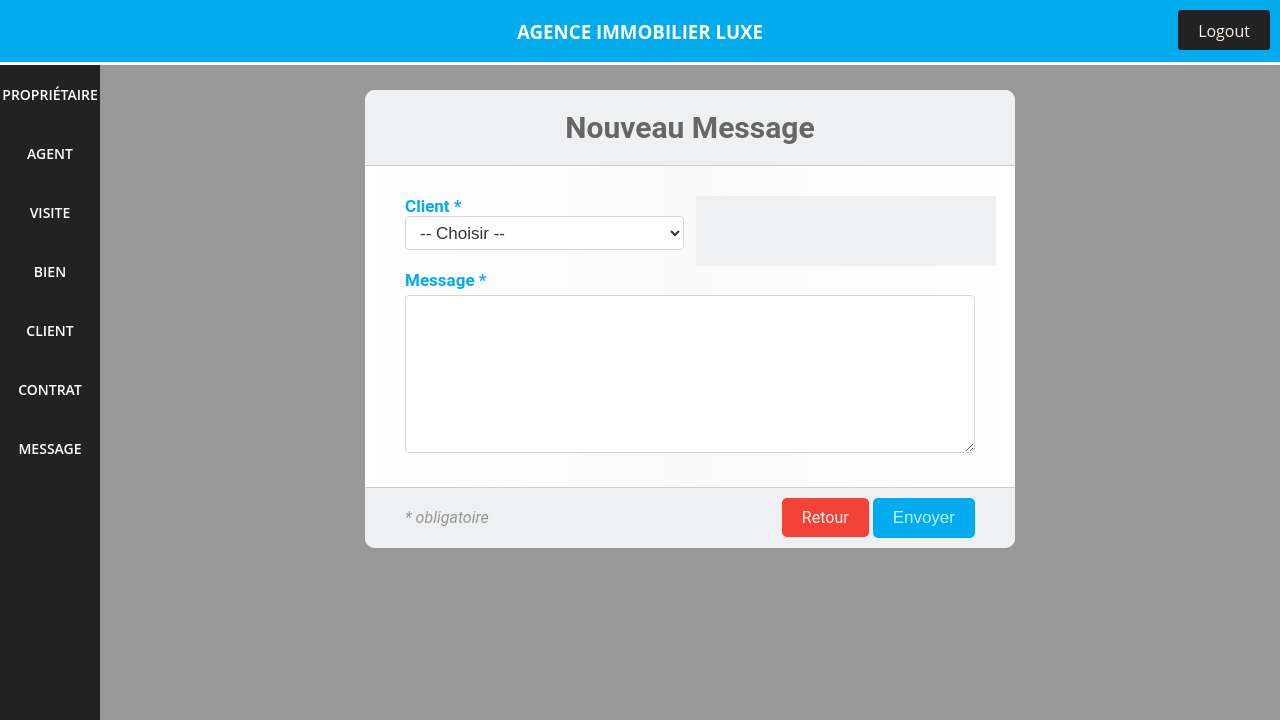
Repository: hassen-mnejja/Real_Estate_Agency_Website
Page: http://localhost/backoffice/WEB-INF/messageecrire.jsp
An editor plug-in stored every save of this project. The page is shown before and after the next save, followed by the edit.
The browser window is 1280 px wide. The pictures show the whole page.
Some icons come from a web library that is not loaded, so they are not drawn. The page is served by Tomcat 9. Nobody is signed in. Other server files are loaded and not shown. The template is opened directly, without the code that normally fills it, so the values that code supplies are empty.

Above is the page before, as saved 2020-06-24 10:48:45.

### backoffice/WebContent/WEB-INF/messageecrire.jsp
<%@ page language="java" contentType="text/html; charset=UTF-8" pageEncoding="UTF-8"%>
<%@ taglib uri="http://java.sun.com/jsp/jstl/core" prefix="c"%>
<!DOCTYPE html>
<html>
<head>
<script src="../JS/1351.js"></script>
<title>Ecrire un message</title>
<link rel="stylesheet" href="../Style/MonStyle.css">
<link rel="icon" href="../Images/icon4.ico" />
<script src="../JS/jquery-3.4.1.js"></script>
<style>
.my-form {
	width: 650px;
}

a.log {
	position: fixed;
	float: left;
	background: #222;
	border-radius: 3px 3px 3px 3px;
	height: 20px;
	top: 10px;
	right: 10px;
}
</style>
</head>
<body>

	<!-- navbar -->
	<div id="nav-placeholder"></div>

	<!-- contenu -->
	<div id="contenu">
		<form class="my-form" action="ecriremessage" method="post">

			<!-- form header -->
			<div class="form-header">
				<h1>Nouveau Message</h1>
			</div>

			<!-- form body -->
			<div class="form-body">

				<!-- Nom et Prenom -->
				<div class="horizontal-group">
					<div class="form-group left">
						<label for="nom" class="label-title">Client *</label> <select id="idclient" name="idclient" class="form-input" required="required">
							<option disabled selected value="">-- Choisir --</option>
							<c:forEach var="client" items="${clients}">
								<option value="${client.idClient}">${client.idClient} : ${client.nom} ${client.prenom}</option>
							</c:forEach>
						</select>
					</div>
					<div class="form-group right">
						<svg width="400" height="75">
 							 <rect width="300" height="70" style="fill:#EFF0F1" />
						</svg>
					</div>
				</div>
				<input type="hidden" id="temps" class="form-input" name="temps" placeholder="Numero"  />
				<!-- Adresse -->
				<div class="form-group">
					<br> <label for="adress" class="label-title">Message *</label>
					<textarea class="form-input" name="message" rows="8" cols="50" style="height: auto" required="required"></textarea>
				</div>
			</div>

			<!-- form-footer -->
			<div class="form-footer">
				<span>* obligatoire</span> <a href="home">Retour</a>
				<button type="submit" class="btn">Envoyer</button>
			</div>

		</form>

	</div>

	<!-- javascript -->
	<script>
		$(function() {
			$("#nav-placeholder").load("../navbar.html");
		});
		window.addEventListener('load', () => {
			  const now = new Date();
			  now.setMinutes(now.getMinutes() - now.getTimezoneOffset());
			  document.getElementById('temps').value = now.toISOString().slice(0, -1);
			});
	</script>
</body>
</html>

### backoffice/WebContent/Style/MonStyle.css
@charset "ISO-8859-1";
.aa:hover {
	background-color: rgba(0, 0, 0, 0);
	color: #4088a3;
}

.aa:link, .aa:visited {
	background-color: rgba(0, 0, 0, 0);
	color: #666;
	text-decoration: none;
	display: inline-block;
	border: none;
	padding: 0px 0px;
}

.nav {
	position: fixed;
	top: 60px;
	left: 0px;
	width: 100px;
	height: 100%;
	background: #222;
	z-index: 2;
}

.contenu {
	position: fixed;
	top: 60px;
	left: 100px;
	width: 100%;
	height: 100%;
	background: #999;
	z-index: 2;
}

.header {
	position: fixed;
	left: 0;
	right: 0;
	z-index: 1002;
	min-height: 60px;
	padding: 0 15px;
	background: #00acee;
	border-bottom: 3px solid white;
}

#contenu {
	position: fixed;
	top: 60px;
	left: 100px;
	width: calc(100% - 100px);
	height: 100%;
	background: #999;
	z-index: 1;
	margin-left: auto;
	margin-right: auto;
	transition: all 500ms linear;
	overflow-y: auto;
}

#contenu.active {
	left: 0px;
	width: 100%;
}

#nav {
	left: 0px;
	transition: all 500ms linear;
}

#nav.active {
	left: -100px;
}

.nav span {
	display: block;
	font-size: 14px;
	color: #fff;
	font-weight: 600;
	text-transform: uppercase;
	margin-top: 10px;
}

.fi {
	font-size: 25px;
	color: #eee;
}

.toggle {
	position: fixed;
	font-size: 25px;
	color: #222;
	top: 15px;
	left: 40px;
	cursor: pointer;
}

.nav .nav-item {
	position: relative;
	width: 100%;
	text-align: center;
}

.nav .main-item, .nav .sub-item {
	padding: 15px 0px;
	background: #222;
}

.nav .nav-item .sub-items {
	position: absolute;
	top: 0px;
	left: -300px;
	width: max-content;
	z-index: -1;
	transition: all 300ms ease-in-out;
}

.nav .sub-items .sub-item {
	float: left;
	width: 100px;
}

.nav .main-item:hover, .nav .sub-item:hover {
	background: #00acee;
	cursor: pointer;
}

.nav .nav-item:hover .sub-items {
	left: 102px;
}

#elements {
	font-family: "Trebuchet MS", Arial, Helvetica, sans-serif;
	border-collapse: collapse;
	width: 100%;
	border: 1px solid #d6d6d6;
	border-radius: 3px 3px 3px 3px;
}

#elements td, #elements th {
	border: 1px solid #ddd;
	padding: 8px;
}

#elements tr:nth-child(even) {
	background-color: white;
}

#elements tr:nth-child(odd) {
	background-color: #eff0f1;
}

#elements tr:hover {
	background-color: #ddd;
}

#elements th {
	padding-top: 12px;
	padding-bottom: 12px;
	text-align: left;
	background-color: white;
	color: gray;
}

@import url('https://fonts.googleapis.com/css?family=Roboto');

/*---------------------------------------*/
/* Register Form */
/*---------------------------------------*/
body {
	margin: 0px;
	font-family: "Open Sans", sans-serif;
}

a:link, a:visited {
	background-color: #f44336;
	color: #fff3e9;
	padding: 10px 20px;
	text-align: center;
	text-decoration: none;
	display: inline-block;
	border: none;
	border-radius: 5px;
}

a:hover, a:active {
	background-color: #fa3c39;
	color: white;
}

.my-form {
	font-family: "Roboto", sans-serif;
	background: linear-gradient(to right, #ffffff 0%, #fafafa 50%, #ffffff 99%);
	border-radius: 10px;
	margin: 30px auto;
	width: 650px;
}

/*---------------------------------------*/
/* Form Header */
/*---------------------------------------*/
.form-header {
	background-color: #EFF0F1;
	border-top-left-radius: 10px;
	border-top-right-radius: 10px;
}

.form-header h1 {
	font-size: 30px;
	text-align: center;
	color: #666;
	padding: 20px 0;
	border-bottom: 1px solid #cccccc;
}

/*---------------------------------------*/
/* Form Body */
/*---------------------------------------*/
.form-body {
	padding: 10px 40px;
	color: #666;
}

.form-group {
	margin-bottom: 20px;
}

.form-body .label-title {
	color: #00acee;
	font-size: 17px;
	font-weight: bold;
}

.form-body .form-input {
	font-size: 17px;
	box-sizing: border-box;
	width: 100%;
	height: 34px;
	padding-left: 10px;
	padding-right: 10px;
	color: #333333;
	text-align: left;
	border: 1px solid #d6d6d6;
	border-radius: 4px;
	background: white;
	outline: none;
}

.horizontal-group .left {
	float: left;
	width: 49%;
}

.horizontal-group .right {
	float: right;
	width: 49%;
}

/*---------------------------------------*/
/* Form Footer */
/*---------------------------------------*/
.my-form .form-footer {
	background-color: #EFF0F1;
	border-bottom-left-radius: 10px;
	border-bottom-right-radius: 10px;
	padding: 10px 40px;
	text-align: right;
	border-top: 1px solid #cccccc;
	clear: both;
}

.form-footer span {
	float: left;
	margin-top: 10px;
	color: #999;
	font-style: italic;
	font-weight: thin;
}

.btn {
	display: inline-block;
	padding: 10px 20px;
	background-color: #00acee;
	font-size: 17px;
	border: none;
	border-radius: 5px;
	color: #c3f4ff;
	cursor: pointer;
}

.btn:hover {
	background-color: #11addd;
	color: white;
}

a.log {
	position: fixed;
	float: left;
	background: #222;
	border-radius: 3px 3px 3px 3px;
	height: 20px;
	top: 10px;
	right: 10px;
}

.title {
	color: white;
	text-align: center;
	cursor: pointer;
}

### backoffice/WebContent/navbar.html
<script src="JS/1351.js"></script>
<header class="header black-bg">
	<i class="fas fa-bars toggle" onclick="toggle()" id="b"></i>
	<h3 class="title" onclick="window.location.href = '/backoffice/prive/home';">AGENCE IMMOBILIER LUXE</h3>
	<a class="log" href="/backoffice/logout" id="discon">Logout</a>
</header>
<div class="nav" id="nav" style="display: block">
	<div class="nav-item">
		<div class="main-item">
			<i class="fad fa-house-user fi"></i> <span>Propriétaire</span>
		</div>
		<div class="sub-items">
			<div class="sub-item" onclick="window.location.href = '/backoffice/prive/ajouterprop';">
				<i class="fad fa-user-plus fi"></i> <span>Ajouter</span>
			</div>
			<div class="sub-item" onclick="window.location.href = '/backoffice/prive/chercherprop';">
				<i class="fad fa-search fi"></i> <span>Chercher</span>
			</div>
		</div>
	</div>
	<div class="nav-item">
		<div class="main-item">
			<i class="fad fa-user-headset fi"></i> <span>Agent</span>
		</div>
		<div class="sub-items">
			<div class="sub-item" onclick="window.location.href = '/backoffice/prive/ajouteragent';">
				<i class="fad fa-user-plus fi"></i> <span>Ajouter</span>
			</div>
			<div class="sub-item" onclick="window.location.href = '/backoffice/prive/chercheragent';">
				<i class="fad fa-search fi"></i> <span>Chercher</span>
			</div>
		</div>
	</div>
	<div class="nav-item">
		<div class="main-item">
			<i class="fad fa-house-return fi"></i> <span>Visite</span>
		</div>
		<div class="sub-items">
			<div class="sub-item" onclick="window.location.href = '/backoffice/prive/ajoutervisite';">
				<i class="fad fa-calendar-plus fi"></i> <span>Programmer</span>
			</div>
			<div class="sub-item" onclick="window.location.href = '/backoffice/prive/cherchervisite';">
				<i class="fad fa-search fi"></i> <span>Chercher</span>
			</div>
		</div>
	</div>
	<div class="nav-item">
		<div class="main-item">
			<i class="fad fa-house fi"></i> <span>Bien</span>
		</div>
		<div class="sub-items">
			<div class="sub-item" onclick="window.location.href = '/backoffice/prive/ajouterbien';">
				<i class="fad fa-plus fi"></i> <span>Ajouter</span>
			</div>
			<div class="sub-item" onclick="window.location.href = '/backoffice/prive/chercherbien';">
				<i class="fad fa-search fi"></i> <span>Chercher</span>
			</div>
		</div>
	</div>
	<div class="nav-item">
		<div class="main-item">
			<i class="fad fa-user fi"></i> <span>client</span>
		</div>
		<div class="sub-items">
			<div class="sub-item" onclick="window.location.href = '/backoffice/prive/ajouterclient';">
				<i class="fad fa-user-plus fi"></i> <span>Ajouter</span>
			</div>
			<div class="sub-item" onclick="window.location.href = '/backoffice/prive/chercherclient';">
				<i class="fad fa-search fi"></i> <span>Chercher</span>
			</div>
		</div>
	</div>
	<div class="nav-item">
		<div class="main-item">
			<i class="fad fa-file fi"></i> <span>contrat</span>
		</div>
		<div class="sub-items">
			<div class="sub-item" onclick="window.location.href = '/backoffice/prive/ajoutercontrat';">
				<i class="fad fa-file-plus fi"></i> <span>Ajouter</span>
			</div>
			<div class="sub-item" onclick="window.location.href = '/backoffice/prive/cherchercontrat';">
				<i class="fad fa-file-search fi"></i> <span>Chercher</span>
			</div>
		</div>
	</div>
	<div class="nav-item">
		<div class="main-item">
			<i class="fad fa-comments-alt fi"></i> <span>Message</span>
		</div>
		<div class="sub-items">
			<div class="sub-item" onclick="window.location.href = '/backoffice/prive/ecriremessage';">
				<i class="fad fa-comment-alt-plus fi"></i> <span>Ajouter</span>
			</div>
			<div class="sub-item" onclick="window.location.href = '/backoffice/prive/boitemessage';">
				<i class="fad fa-inbox fi"></i> <span>Chercher</span>
			</div>
		</div>
	</div>
</div>
<script>
	function toggle() {
		document.getElementById("nav").classList.toggle('active');
		document.getElementById("contenu").classList.toggle('active');
	}
</script>

Loaded but not shown: backoffice/WebContent/JS/1351.js (library); backoffice/WebContent/JS/jquery-3.4.1.js (library)

After the next save:
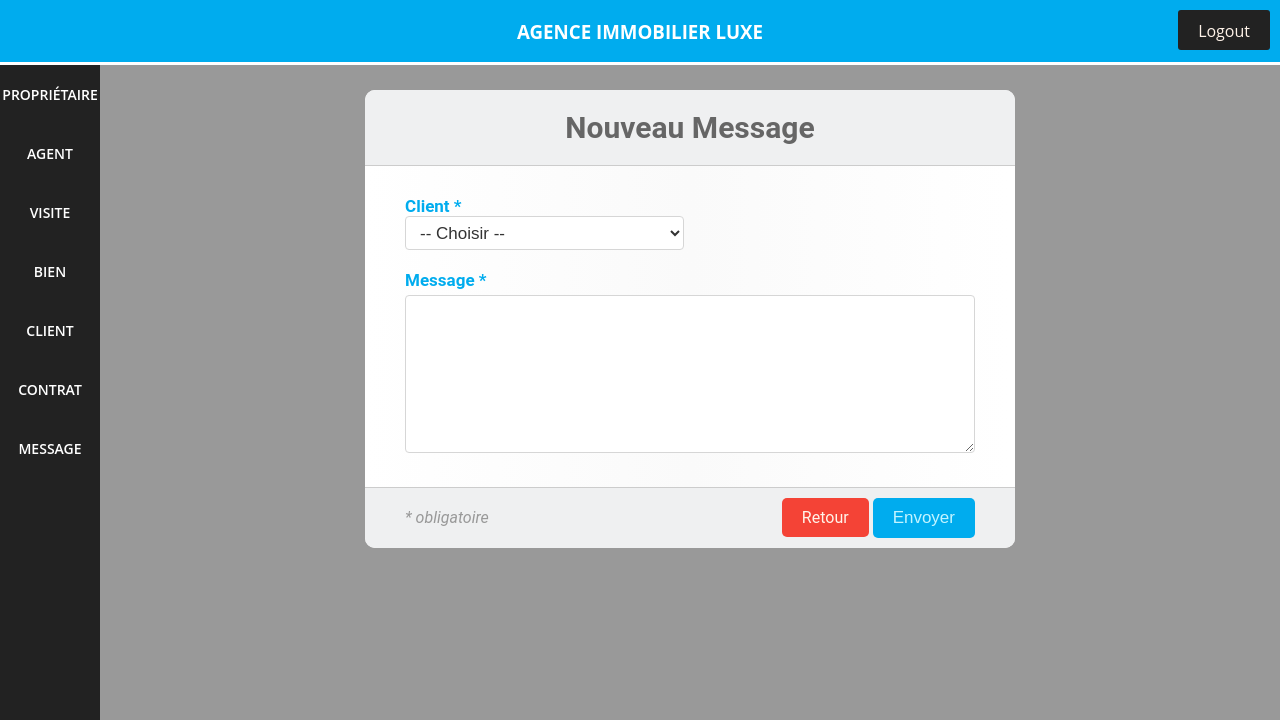
Saved 36 s later.
--- a/backoffice/WebContent/WEB-INF/messageecrire.jsp
+++ b/backoffice/WebContent/WEB-INF/messageecrire.jsp
@@ -52,8 +52,7 @@
 						</select>
 					</div>
 					<div class="form-group right">
-						<svg width="400" height="75">
- 							 <rect width="300" height="70" style="fill:#EFF0F1" />
+						<svg width="400" height="75">white" />
 						</svg>
 					</div>
 				</div>

After the save that followed:
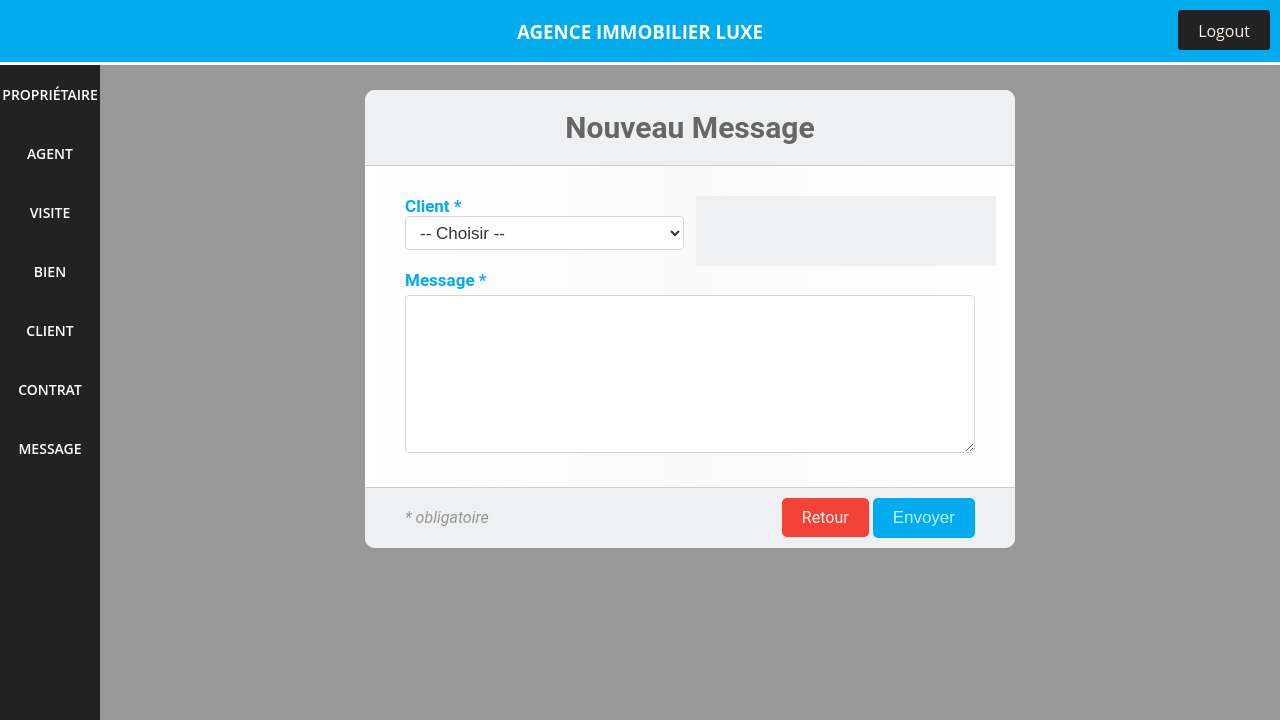
Saved 41 s later.
--- a/backoffice/WebContent/WEB-INF/messageecrire.jsp
+++ b/backoffice/WebContent/WEB-INF/messageecrire.jsp
@@ -52,7 +52,8 @@
 						</select>
 					</div>
 					<div class="form-group right">
-						<svg width="400" height="75">white" />
+						<svg width="400" height="75">
+ 							 <rect width="300" height="70" style="fill:#EFF0F1" />
 						</svg>
 					</div>
 				</div>
